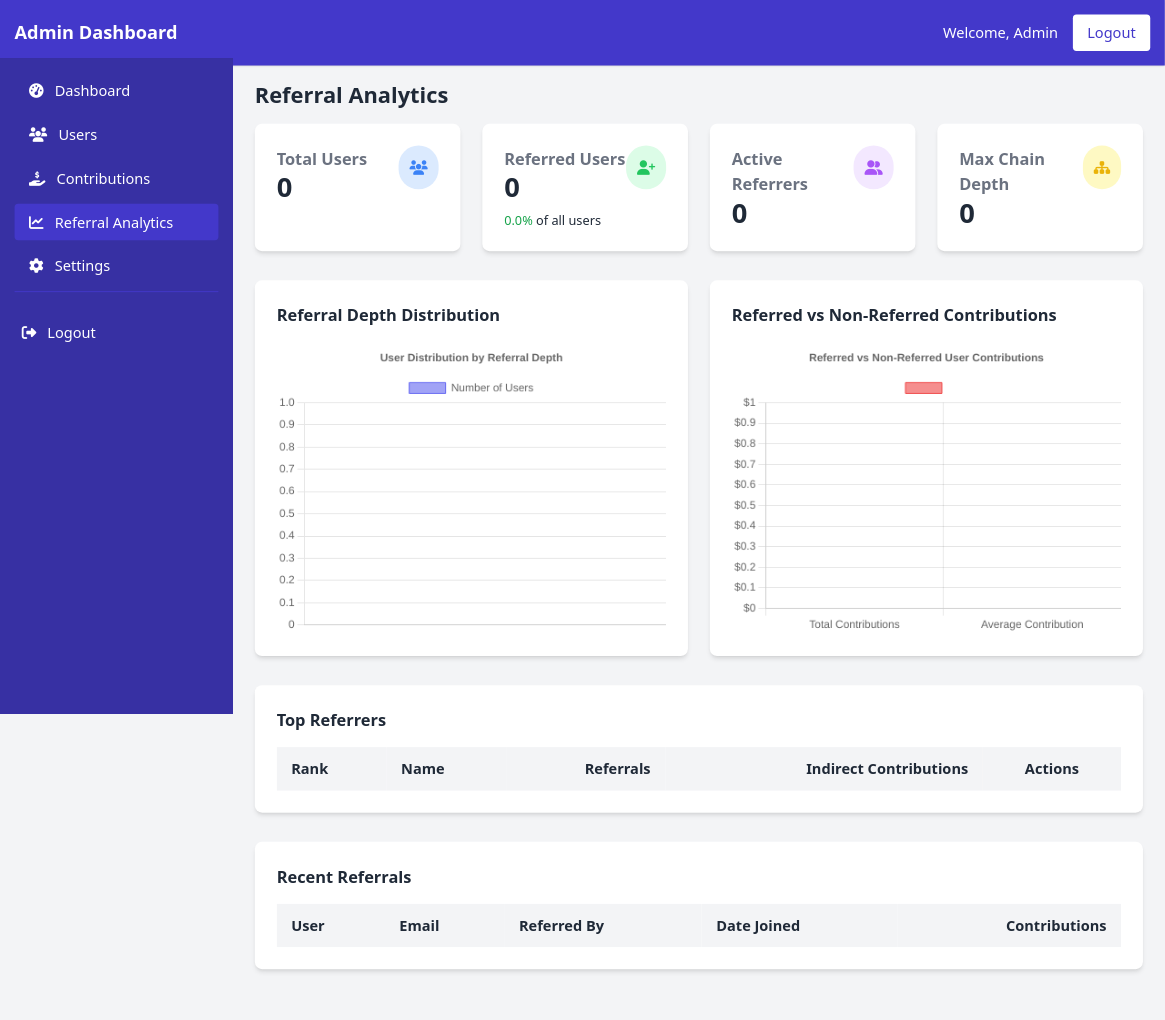
Repository: Lista-KM/church-platform
Page: http://localhost/admin/referral_analytics.php
These files come from the project's save history. The page is drawn as it stood at one moment and after the next save; the edit follows.
The browser window is 1280 px wide. The pictures show the whole page, at 91% of full size.
Some web libraries are served in a nearby version. The page is run by PHP 8.4 with error messages shown; the project is at /var/www/html/. The session is filled in as if someone had signed in: {"user_id": 1, "is_admin": 1}. Other server files are loaded and not shown. Queries for data that is not in the repository find no rows.

Above is the page before, as saved 2025-04-16 07:55:54.

### admin/referral_analytics.php
<?php
// REFERRAL ANALYTICS - referral_analytics.php
include '../includes/auth.php';
include '../includes/functions.php';
include '../includes/db.php';

if (!($_SESSION['is_admin'] ?? false)) {
    header("Location: dashboard.php");
    exit();
}

// Get overall referral statistics
$stmt = $pdo->query("SELECT
                    COUNT(*) as total_users,
                    SUM(CASE WHEN referred_by IS NOT NULL THEN 1 ELSE 0 END) as referred_users,
                    COUNT(DISTINCT referred_by) as referrers
                    FROM users");
$referral_stats = $stmt->fetch();

$referral_percentage = 0;
if ($referral_stats['total_users'] > 0) {
    $referral_percentage = ($referral_stats['referred_users'] / $referral_stats['total_users']) * 100;
}

// Get top referrers
$stmt = $pdo->query("SELECT
                    r.id,
                    r.name,
                    COUNT(u.id) as referral_count,
                    (SELECT SUM(c.amount)
                     FROM contributions c
                     JOIN users ru ON c.user_id = ru.id
                     WHERE ru.referred_by = r.id) as indirect_contributions
                    FROM users r
                    JOIN users u ON u.referred_by = r.id
                    GROUP BY r.id
                    ORDER BY referral_count DESC, indirect_contributions DESC
                    LIMIT 10");
$top_referrers = $stmt->fetchAll();

// Get referral chains (generations)
$stmt = $pdo->query("WITH RECURSIVE ReferralChain AS (
                        SELECT
                            id,
                            name,
                            referred_by,
                            0 as depth,
                            id as root_id,
                            CAST(id AS CHAR(50)) as path
                        FROM users
                        WHERE referred_by IS NULL

                        UNION ALL

                        SELECT
                            u.id,
                            u.name,
                            u.referred_by,
                            rc.depth + 1,
                            rc.root_id,
                            CONCAT(rc.path, ',', u.id)
                        FROM users u
                        JOIN ReferralChain rc ON u.referred_by = rc.id
                    )
                    SELECT
                        root_id,
                        MAX(depth) as max_depth,
                        COUNT(*) - 1 as chain_size
                    FROM ReferralChain
                    GROUP BY root_id
                    ORDER BY chain_size DESC, max_depth DESC
                    LIMIT 10");
$referral_chains = $stmt->fetchAll();

// Get referral depth distribution
$stmt = $pdo->query("WITH RECURSIVE ReferralChain AS (
                        SELECT
                            id,
                            name,
                            referred_by,
                            0 as depth
                        FROM users
                        WHERE referred_by IS NULL

                        UNION ALL

                        SELECT
                            u.id,
                            u.name,
                            u.referred_by,
                            rc.depth + 1
                        FROM users u
                        JOIN ReferralChain rc ON u.referred_by = rc.id
                    )
                    SELECT
                        depth,
                        COUNT(*) as users_count
                    FROM ReferralChain
                    GROUP BY depth
                    ORDER BY depth");
$depth_distribution = $stmt->fetchAll();

// Get contribution comparison: referred vs non-referred
$stmt = $pdo->query("SELECT
                    'Referred' as type,
                    COUNT(DISTINCT c.user_id) as contributors,
                    SUM(c.amount) as total,
                    AVG(c.amount) as average
                    FROM contributions c
                    JOIN users u ON c.user_id = u.id
                    WHERE u.referred_by IS NOT NULL

                    UNION ALL

                    SELECT
                    'Non-Referred' as type,
                    COUNT(DISTINCT c.user_id) as contributors,
                    SUM(c.amount) as total,
                    AVG(c.amount) as average
                    FROM contributions c
                    JOIN users u ON c.user_id = u.id
                    WHERE u.referred_by IS NULL");
$contribution_comparison = $stmt->fetchAll();

// Get recently referred users
$stmt = $pdo->query("SELECT
                    u.name as user_name,
                    u.email,
                    r.name as referrer_name,
                    (SELECT SUM(amount) FROM contributions WHERE user_id = u.id) as contributions
                    FROM users u
                    JOIN users r ON u.referred_by = r.id
                    LIMIT 10");

$recent_referrals = $stmt->fetchAll();
?>
<!DOCTYPE html>
<html lang="en">

<head>
    <meta charset="UTF-8">
    <meta name="viewport" content="width=device-width, initial-scale=1.0">
    <title>Referral Analytics - Admin Dashboard</title>
    <script src="https://cdn.tailwindcss.com"></script>
    <script src="https://cdnjs.cloudflare.com/ajax/libs/Chart.js/3.9.1/chart.min.js"></script>
    <script src="https://d3js.org/d3.v7.min.js"></script>
    <link rel="stylesheet" href="https://cdnjs.cloudflare.com/ajax/libs/font-awesome/6.4.0/css/all.min.css">
</head>

<body class="bg-gray-100 text-gray-800">
    <!-- Header -->
    <header class="bg-indigo-700 text-white p-4 flex justify-between items-center shadow fixed w-full z-10">
        <div class="flex items-center">
            <button id="sidebar-toggle" class="mr-3 text-white md:hidden">
                <i class="fas fa-bars text-xl"></i>
            </button>
            <h1 class="text-xl font-semibold">Admin Dashboard</h1>
        </div>
        <div class="flex items-center space-x-4">
            <span class="hidden md:inline">Welcome, <?php echo htmlspecialchars($_SESSION['name'] ?? 'Admin'); ?></span>
            <a href="../logout.php"
                class="bg-white text-indigo-700 px-4 py-2 rounded hover:bg-gray-100 transition">Logout</a>
        </div>
    </header>

    <div class="flex pt-16">
        <!-- Sidebar -->
        <aside id="sidebar"
            class="bg-indigo-800 text-white w-64 min-h-screen fixed z-10 transition-transform duration-300 ease-in-out md:translate-x-0 transform -translate-x-full">
            <div class="p-4">

                <nav>
                    <ul class="space-y-2">
                        <li>
                            <a href="dashboard.php" class="block py-2 px-4 hover:bg-indigo-700 rounded transition">
                                <i class="fas fa-tachometer-alt mr-2"></i> Dashboard
                            </a>
                        </li>
                        <li>
                            <a href="manage_users.php" class="block py-2 px-4 hover:bg-indigo-700 rounded transition">
                                <i class="fas fa-users mr-2"></i> Users
                            </a>
                        </li>
                        <li>
                            <a href="contribution_reports.php"
                                class="block py-2 px-4 hover:bg-indigo-700 rounded transition">
                                <i class="fas fa-hand-holding-usd mr-2"></i> Contributions
                            </a>
                        </li>
                        <li>
                            <a href="referral_analytics.php" class="bg-indigo-700 block py-2 px-4 rounded transition">
                                <i class="fas fa-chart-line mr-2"></i> Referral Analytics
                            </a>
                        </li>
                        <li>
                            <a href="settings.php" class="block py-2 px-4 hover:bg-indigo-700 rounded transition">
                                <i class="fas fa-cog mr-2"></i> Settings
                            </a>
                        </li>
                        <li class="pt-6 border-t border-indigo-700 mt-6">
                            <a href="../logout.php" class="flex items-center p-2 rounded hover:bg-indigo-900">
                                <i class="fas fa-sign-out-alt mr-3"></i>
                                <span>Logout</span>
                            </a>
                        </li>
                    </ul>
                </nav>
            </div>
        </aside>

        <!-- Main Content -->
        <main class="flex-1 md:ml-64 p-6">
            <div class="mb-8">
                <h2 class="text-2xl font-bold mb-4">Referral Analytics</h2>

                <!-- Overview Cards -->
                <div class="grid grid-cols-1 md:grid-cols-2 lg:grid-cols-4 gap-6 mb-8">
                    <div class="bg-white p-6 rounded-lg shadow-md">
                        <div class="flex justify-between items-start">
                            <div>
                                <h3 class="text-lg font-semibold text-gray-500">Total Users</h3>
                                <p class="text-3xl font-bold">
                                    <?php echo number_format($referral_stats['total_users']); ?></p>
                            </div>
                            <div class="bg-blue-100 rounded-full p-3">
                                <i class="fas fa-users text-blue-500"></i>
                            </div>
                        </div>
                    </div>

                    <div class="bg-white p-6 rounded-lg shadow-md">
                        <div class="flex justify-between items-start">
                            <div>
                                <h3 class="text-lg font-semibold text-gray-500">Referred Users</h3>
                                <p class="text-3xl font-bold">
                                    <?php echo number_format($referral_stats['referred_users']); ?></p>
                            </div>
                            <div class="bg-green-100 rounded-full p-3">
                                <i class="fas fa-user-plus text-green-500"></i>
                            </div>
                        </div>
                        <div class="mt-2 text-sm">
                            <span
                                class="text-green-600 font-medium"><?php echo number_format($referral_percentage, 1); ?>%</span>
                            of all users
                        </div>
                    </div>

                    <div class="bg-white p-6 rounded-lg shadow-md">
                        <div class="flex justify-between items-start">
                            <div>
                                <h3 class="text-lg font-semibold text-gray-500">Active Referrers</h3>
                                <p class="text-3xl font-bold"><?php echo number_format($referral_stats['referrers']); ?>
                                </p>
                            </div>
                            <div class="bg-purple-100 rounded-full p-3">
                                <i class="fas fa-user-friends text-purple-500"></i>
                            </div>
                        </div>
                    </div>

                    <div class="bg-white p-6 rounded-lg shadow-md">
                        <div class="flex justify-between items-start">
                            <div>
                                <h3 class="text-lg font-semibold text-gray-500">Max Chain Depth</h3>
                                <p class="text-3xl font-bold">
                                    <?php
                    $max_chain_depth = 0;
                    foreach ($referral_chains as $chain) {
                      if ($chain['max_depth'] > $max_chain_depth) {
                        $max_chain_depth = $chain['max_depth'];
                      }
                    }
                    echo $max_chain_depth;
                  ?>
                                </p>
                            </div>
                            <div class="bg-yellow-100 rounded-full p-3">
                                <i class="fas fa-sitemap text-yellow-500"></i>
                            </div>
                        </div>
                    </div>
                </div>

                <!-- Charts Row -->
                <div class="grid grid-cols-1 lg:grid-cols-2 gap-6 mb-8">
                    <!-- Referral Distribution Chart -->
                    <div class="bg-white p-6 rounded-lg shadow-md">
                        <h3 class="text-lg font-semibold mb-4">Referral Depth Distribution</h3>
                        <div>
                            <canvas id="depthChart" width="400" height="300"></canvas>
                        </div>
                    </div>

                    <!-- Contribution Comparison Chart -->
                    <div class="bg-white p-6 rounded-lg shadow-md">
                        <h3 class="text-lg font-semibold mb-4">Referred vs Non-Referred Contributions</h3>
                        <div>
                            <canvas id="contributionChart" width="400" height="300"></canvas>
                        </div>
                    </div>
                </div>

                <!-- Top Referrers Table -->
                <div class="bg-white p-6 rounded-lg shadow-md mb-8">
                    <h3 class="text-lg font-semibold mb-4">Top Referrers</h3>
                    <div class="overflow-x-auto">
                        <table class="min-w-full bg-white">
                            <thead class="bg-gray-100">
                                <tr>
                                    <th class="py-3 px-4 text-left">Rank</th>
                                    <th class="py-3 px-4 text-left">Name</th>
                                    <th class="py-3 px-4 text-right">Referrals</th>
                                    <th class="py-3 px-4 text-right">Indirect Contributions</th>
                                    <th class="py-3 px-4 text-center">Actions</th>
                                </tr>
                            </thead>
                            <tbody class="divide-y divide-gray-200">
                                <?php $rank = 1; foreach ($top_referrers as $referrer): ?>
                                <tr class="hover:bg-gray-50">
                                    <td class="py-3 px-4"><?php echo $rank++; ?></td>
                                    <td class="py-3 px-4"><?php echo htmlspecialchars($referrer['name']); ?></td>
                                    <td class="py-3 px-4 text-right">
                                        <?php echo number_format($referrer['referral_count']); ?></td>
                                    <td class="py-3 px-4 text-right">
                                        $<?php echo number_format($referrer['indirect_contributions'] ?? 0, 2); ?></td>
                                    <td class="py-3 px-4 text-center">
                                        <a href="user_detail.php?id=<?php echo $referrer['id']; ?>"
                                            class="text-blue-600 hover:text-blue-800 mr-3">
                                            <i class="fas fa-eye"></i>
                                        </a>
                                        <a href="referral_tree.php?id=<?php echo $referrer['id']; ?>"
                                            class="text-green-600 hover:text-green-800">
                                            <i class="fas fa-sitemap"></i>
                                        </a>
                                    </td>
                                </tr>
                                <?php endforeach; ?>
                            </tbody>
                        </table>
                    </div>
                </div>

                <!-- Recent Referrals Table -->
                <div class="bg-white p-6 rounded-lg shadow-md">
                    <h3 class="text-lg font-semibold mb-4">Recent Referrals</h3>
                    <div class="overflow-x-auto">
                        <table class="min-w-full bg-white">
                            <thead class="bg-gray-100">
                                <tr>
                                    <th class="py-3 px-4 text-left">User</th>
                                    <th class="py-3 px-4 text-left">Email</th>
                                    <th class="py-3 px-4 text-left">Referred By</th>
                                    <th class="py-3 px-4 text-left">Date Joined</th>
                                    <th class="py-3 px-4 text-right">Contributions</th>
                                </tr>
                            </thead>
                            <tbody class="divide-y divide-gray-200">
                                <?php foreach ($recent_referrals as $referral): ?>
                                <tr class="hover:bg-gray-50">
                                    <td class="py-3 px-4"><?php echo htmlspecialchars($referral['user_name']); ?></td>
                                    <td class="py-3 px-4"><?php echo htmlspecialchars($referral['email']); ?></td>
                                    <td class="py-3 px-4"><?php echo htmlspecialchars($referral['referrer_name']); ?>
                                    </td>
                                    <td class="py-3 px-4">
                                        <?php echo date('M j, Y', strtotime($referral['created_at'])); ?></td>
                                    <td class="py-3 px-4 text-right">
                                        $<?php echo number_format($referral['contributions'] ?? 0, 2); ?></td>
                                </tr>
                                <?php endforeach; ?>
                            </tbody>
                        </table>
                    </div>
                </div>
            </div>
        </main>
    </div>

    <script>
    // Toggle sidebar on mobile
    document.getElementById('sidebar-toggle').addEventListener('click', function() {
        const sidebar = document.getElementById('sidebar');
        sidebar.classList.toggle('-translate-x-full');
    });

    // Depth Distribution Chart
    const depthCtx = document.getElementById('depthChart').getContext('2d');
    const depthChart = new Chart(depthCtx, {
        type: 'bar',
        data: {
            labels: [
                <?php
            foreach ($depth_distribution as $row) {
              echo $row['depth'] == 0 ? '"Direct",' : '"Level ' . $row['depth'] . '",';
            }
          ?>
            ],
            datasets: [{
                label: 'Number of Users',
                data: [
                    <?php
              foreach ($depth_distribution as $row) {
                echo $row['users_count'] . ',';
              }
            ?>
                ],
                backgroundColor: 'rgba(99, 102, 241, 0.6)',
                borderColor: 'rgba(99, 102, 241, 1)',
                borderWidth: 1
            }]
        },
        options: {
            responsive: true,
            plugins: {
                legend: {
                    position: 'top',
                },
                title: {
                    display: true,
                    text: 'User Distribution by Referral Depth'
                }
            },
            scales: {
                y: {
                    beginAtZero: true
                }
            }
        }
    });

    // Contribution Comparison Chart
    const contribCtx = document.getElementById('contributionChart').getContext('2d');
    const contributionChart = new Chart(contribCtx, {
        type: 'bar',
        data: {
            labels: ['Total Contributions', 'Average Contribution'],
            datasets: [
                <?php foreach ($contribution_comparison as $row): ?> {
                    label: '<?php echo $row['type']; ?>',
                    data: [
                        <?php echo $row['total']; ?>,
                        <?php echo $row['average']; ?>
                    ],
                    backgroundColor: '<?php echo $row['type'] == 'Referred' ? 'rgba(16, 185, 129, 0.6)' : 'rgba(239, 68, 68, 0.6)'; ?>',
                    borderColor: '<?php echo $row['type'] == 'Referred' ? 'rgba(16, 185, 129, 1)' : 'rgba(239, 68, 68, 1)'; ?>',
                    borderWidth: 1
                },
                <?php endforeach; ?>
            ]
        },
        options: {
            responsive: true,
            plugins: {
                legend: {
                    position: 'top',
                },
                title: {
                    display: true,
                    text: 'Referred vs Non-Referred User Contributions'
                }
            },
            scales: {
                y: {
                    beginAtZero: true,
                    ticks: {
                        callback: function(value) {
                            return '$' + value.toLocaleString();
                        }
                    }
                }
            }
        }
    });
    </script>
</body>

</html>

### includes/auth.php
<?php
session_start();
if (!isset($_SESSION['user_id'])) {
    header("Location: ../login.php");
    exit();
}

### includes/functions.php
<?php
function sanitize($input) {
    return htmlspecialchars(trim($input), ENT_QUOTES, 'UTF-8');
}

### includes/db.php
<?php
$host = 'localhost';
$db   = 'church_platform';
$user = 'lista';
$pass = 'farmgate@2024!';
$charset = 'utf8mb4';

$dsn = "mysql:host=$host;dbname=$db;charset=$charset";
$options = [
    PDO::ATTR_ERRMODE            => PDO::ERRMODE_EXCEPTION,
    PDO::ATTR_DEFAULT_FETCH_MODE => PDO::FETCH_ASSOC,
];

try {
    $pdo = new PDO($dsn, $user, $pass, $options);
} catch (\PDOException $e) {
    exit("Database connection failed: " . $e->getMessage());
}

After the next save:
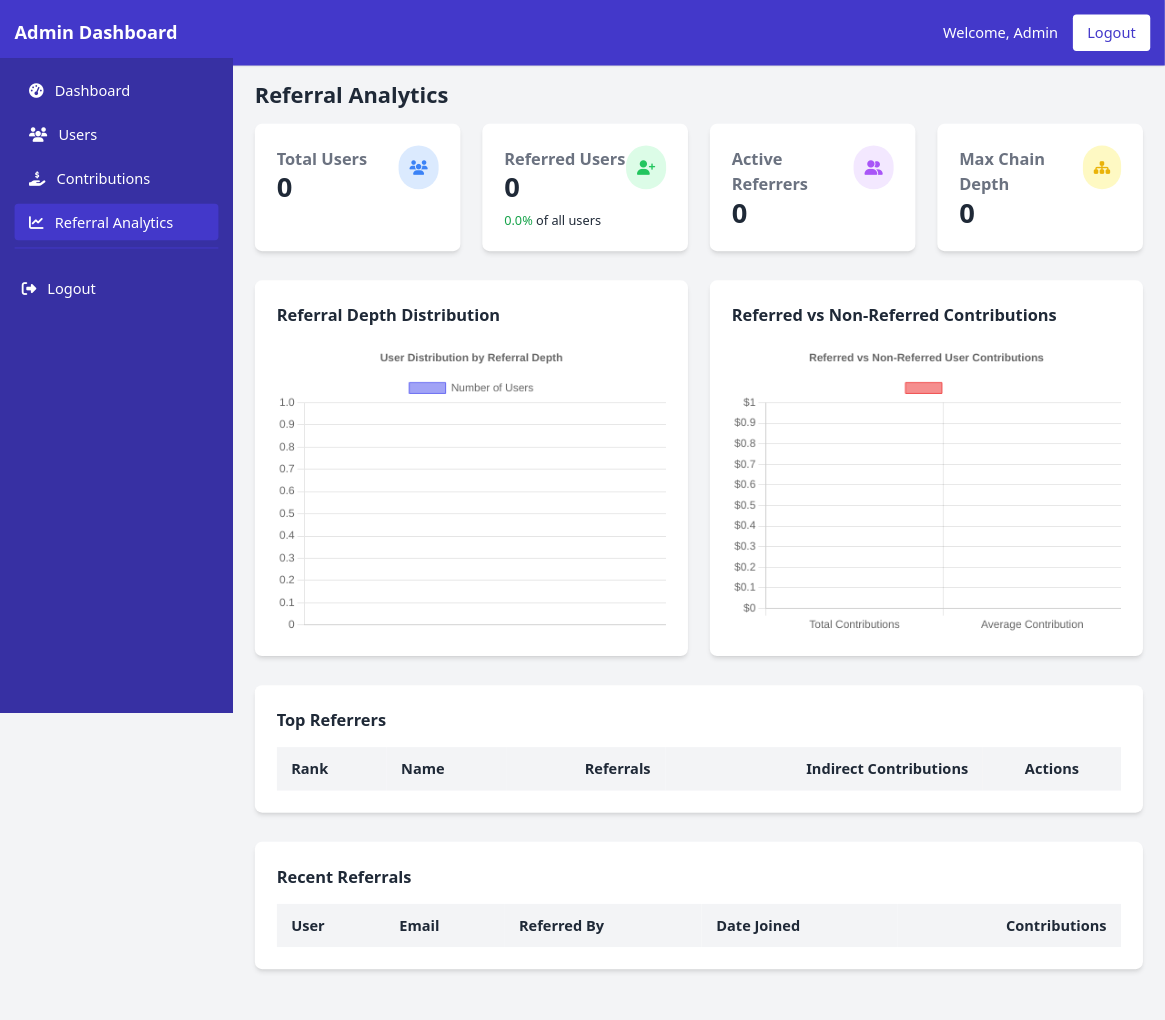
Saved 34 s later.
--- a/admin/referral_analytics.php
+++ b/admin/referral_analytics.php
@@ -192,11 +192,11 @@ $recent_referrals = $stmt->fetchAll();
                                 <i class="fas fa-chart-line mr-2"></i> Referral Analytics
                             </a>
                         </li>
-                        <li>
+                        <!-- <li>
                             <a href="settings.php" class="block py-2 px-4 hover:bg-indigo-700 rounded transition">
                                 <i class="fas fa-cog mr-2"></i> Settings
                             </a>
-                        </li>
+                        </li> -->
                         <li class="pt-6 border-t border-indigo-700 mt-6">
                             <a href="../logout.php" class="flex items-center p-2 rounded hover:bg-indigo-900">
                                 <i class="fas fa-sign-out-alt mr-3"></i>
